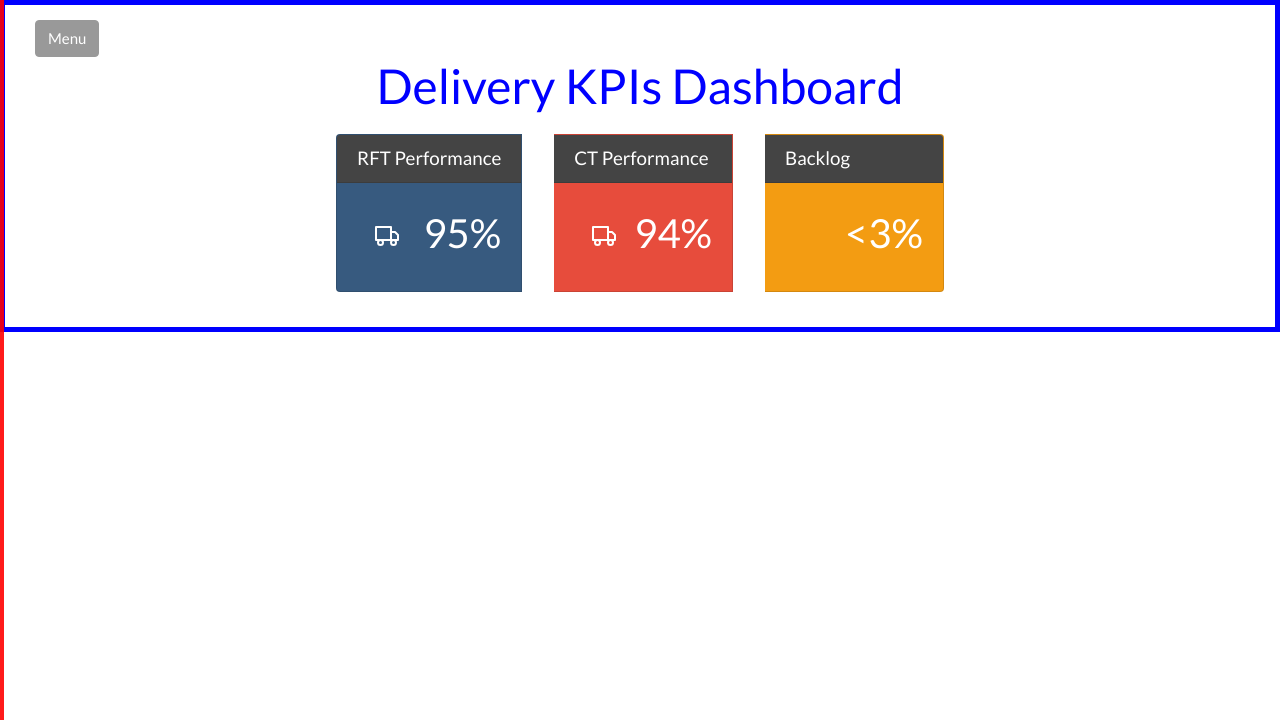
Repository: valenovi76/Delivery-Dashboard
Page: Index.html
The author's editor kept a record of every edit. The page is drawn from the files as they stood at one moment, then again after the next edit.
The browser window is 1280 px wide. The pictures show the whole page.
Some icons come from a web library that is not loaded, so they are not drawn. Some web libraries are served in a nearby version.

Above is the page before.
Console error: TypeError: Cannot read properties of null (reading 'textContent')

After the next edit:
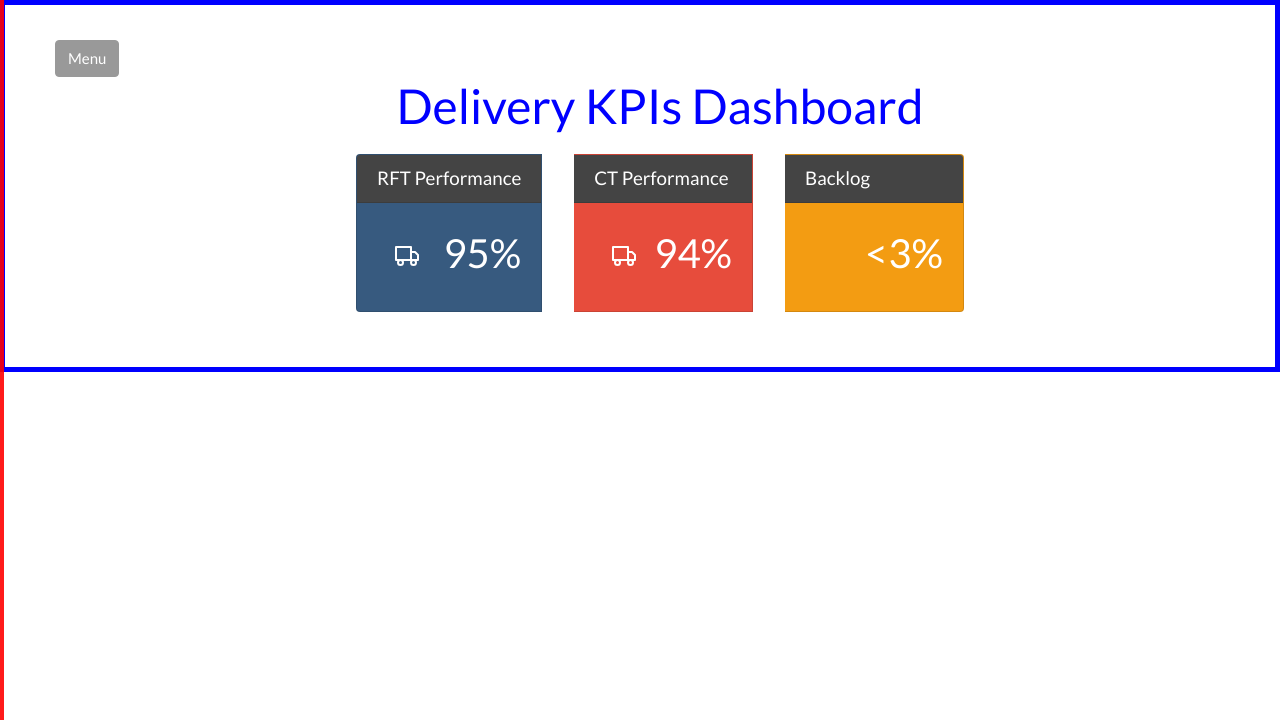
The edit:
--- a/Index.html
+++ b/Index.html
@@ -40,7 +40,7 @@
             <div class="container-fluid">
 
                 <div class="row bg-white">
-                    <div class="col-lg-12 ">
+                    <div class="col-lg-12 page-header ">
                         <a href="#" class="btn btn-light" id="menu-toggle">Menu</a>
                         <h1>Delivery KPIs Dashboard</h1>
                         <div class="row kpis">
